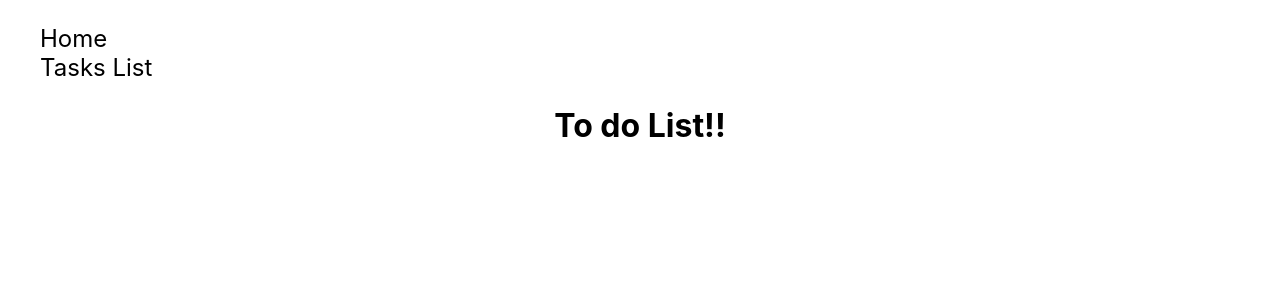
Repository: runner855/abstract_todolist
Page: /
The author's editor kept a copy of each file at every save. The page is drawn from the files as they stood at one save, then again after the next save.
The browser window is 1280 px wide. The pictures show the whole page.
The project was rebuilt for these pictures with package versions that can differ from the ones it lists, and the page was loaded fresh each time.

Above is the page before, as saved 2022-11-08 15:18:59.

After the next save:
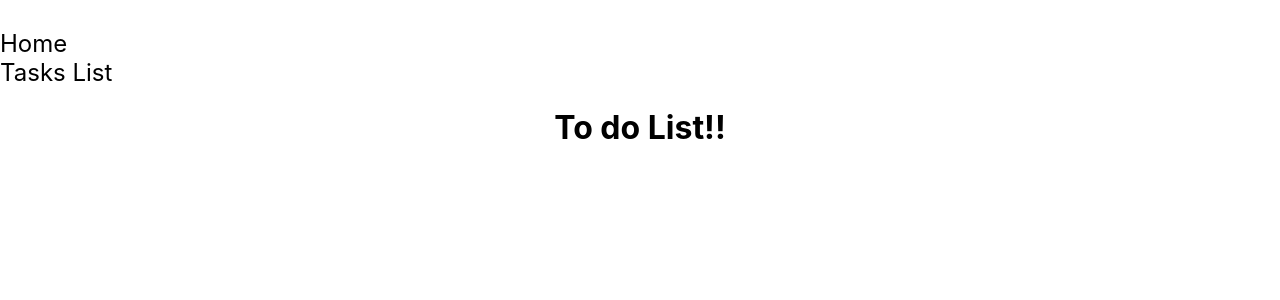
Saved 34 s later.
--- a/src/Header.css
+++ b/src/Header.css
@@ -2,4 +2,5 @@ ul{
    text-align: left;
    list-style: none;
    font-size: 1.5em;
+   display: inline;
 }
